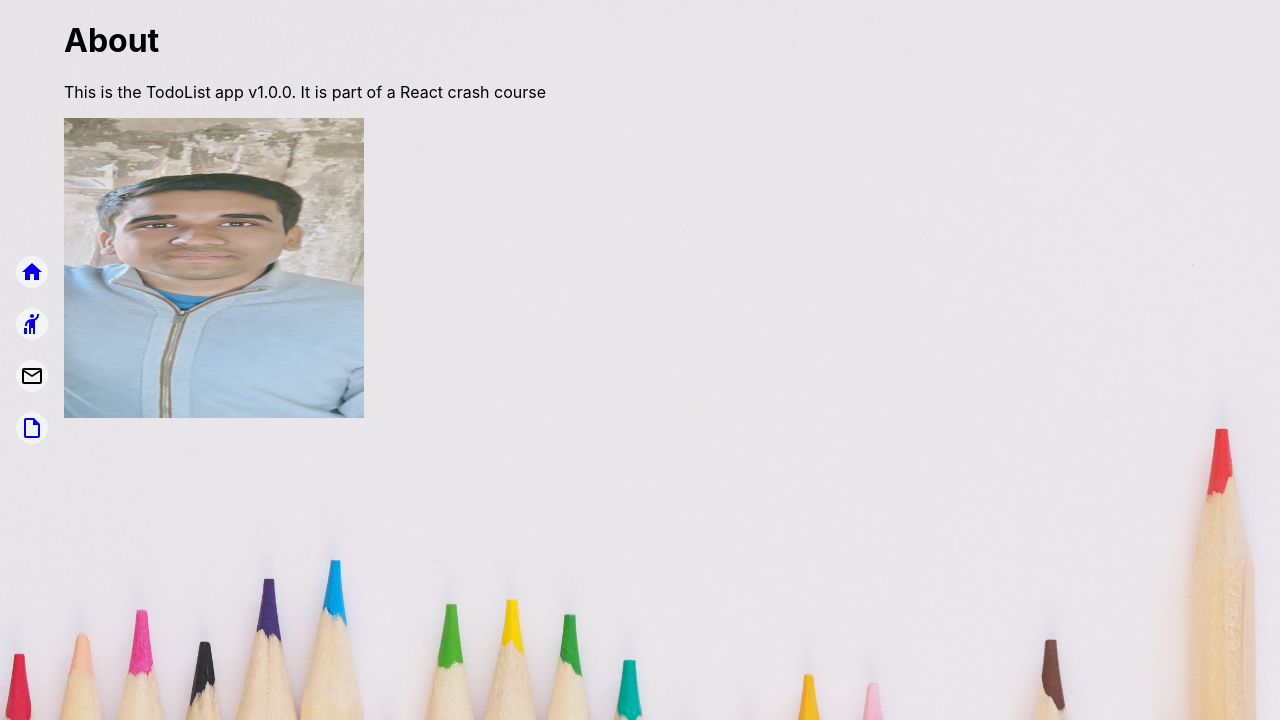
Repository: ujjawalmittal55/portfolio1
Page: /about
The author's editor kept a copy of each file at every save. The page is drawn from the files as they stood at one save, then again after the next save.
The browser window is 1280 px wide. The pictures show the whole page.
The project was rebuilt for these pictures with package versions that can differ from the ones it lists, and the page was loaded fresh each time. Also part of the build but not shown: src/display.css, src/Display.tsx, src/Document.jsx.

Above is the page before, as saved 2022-05-05 22:25:28.

After the next save:
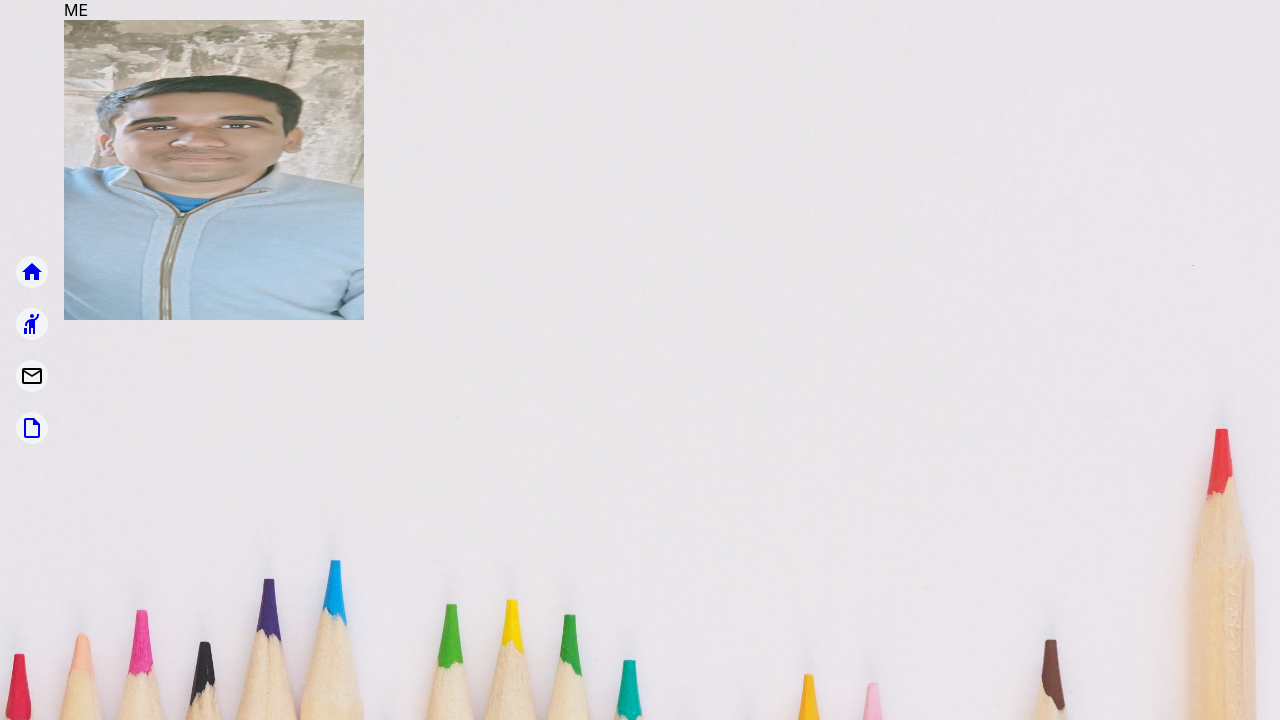
Saved 19 h 7 min later.
--- a/src/About.jsx
+++ b/src/About.jsx
@@ -3,9 +3,10 @@ import React from "react";
 function About() {
   return (
     <div>
-      <h1>About</h1>
-      <p>This is the TodoList app v1.0.0. It is part of a React crash course</p>
-      <img src="/my.jpeg" width="300" height="300" />
+      <div>ME</div>
+      <div>
+        <img src="/my.jpeg" width="300" height="300" />
+      </div>
     </div>
   );
 }
